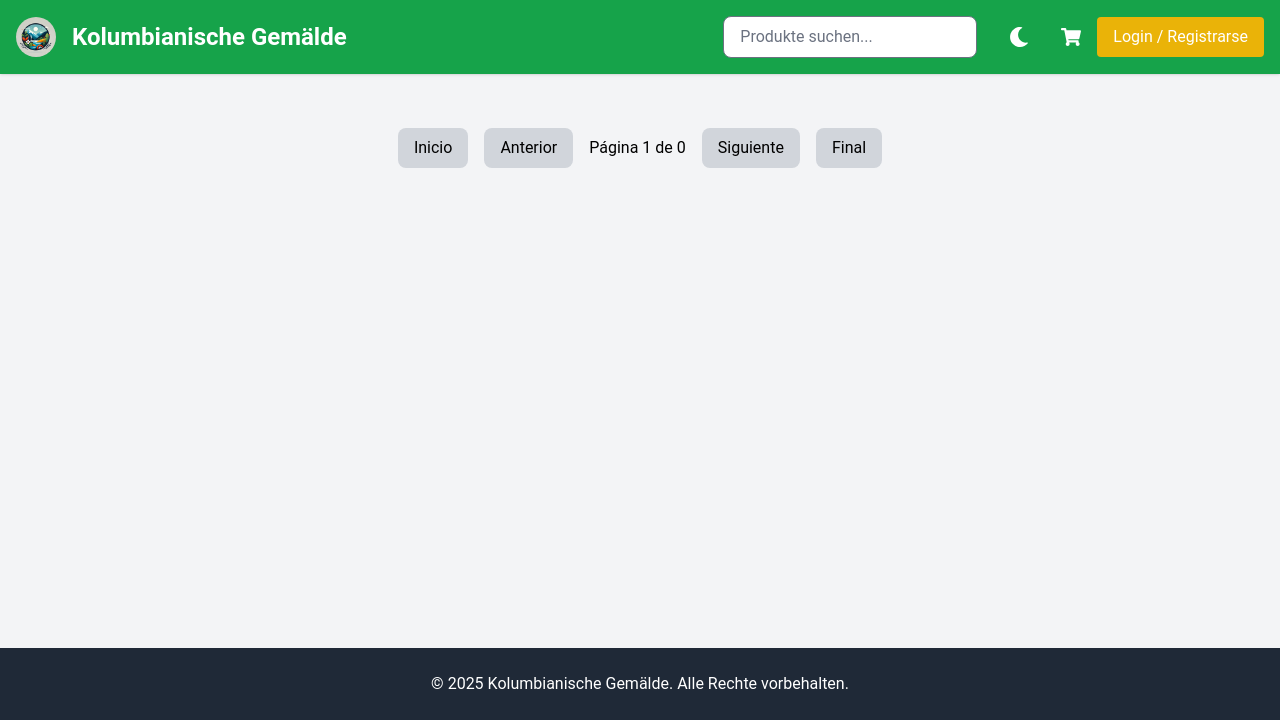
Repository: alixchaparrov/bilder-shop
Page: /
The author's editor kept a copy of each file at every save. The page is drawn from the files as they stood at one save, then again after the next save.
The browser window is 1280 px wide. The pictures show the whole page.
The page's requests for data from a server got no answer. The project was rebuilt for these pictures with package versions that can differ from the ones it lists, and the page was loaded fresh each time. The framework's server and built-in components were replaced by stand-ins that run in the browser. No one was signed in, and anything a server would have sent is missing. Also part of the build but not shown: next.config.ts, src/app/components/ProductCard.tsx, src/app/components/AuthModalContent.tsx.

Above is the page before, as saved 2025-01-04 13:32:46.

### src/app/layout.tsx
"use client";

import "./globals.css";
import { AuthProvider } from "../context/AuthContext";

export default function RootLayout({
  children,
}: {
  children: React.ReactNode;
}) {
  return (
    <html lang="de">
      <head>
        <title>Kolumbianische Gemälde</title>
        <meta
          name="description"
          content="Galerie von kolumbianischen Landschaftsgemälden. Entdecken Sie die Schönheit Kolumbiens durch unsere einzigartigen Kunstwerke."
        />
        <meta
          name="keywords"
          content="Kolumbianische Kunst, Landschaftsgemälde, Gemälde kaufen"
        />
        <link rel="icon" href="/favicon.ico" />
      </head>
      <body>
        <AuthProvider>
          {children}
        </AuthProvider>
      </body>
    </html>
  );
}

### src/app/page.tsx
"use client";

import { useState, useEffect } from "react";
import client from "@/lib/sanity";
import ProductCard from "@/app/components/ProductCard";
import Navbar from "@/app/components/Navbar"; // Si usas un Navbar unificado
import { useCartStore } from "@/store/cartStore";
import { FaMinus, FaPlus, FaTrash, FaShoppingCart, FaMoon, FaSun } from "react-icons/fa";

export default function Home() {
  const [searchQuery, setSearchQuery] = useState(""); // Estado para la búsqueda
  const [darkMode, setDarkMode] = useState(false); // Estado para modo oscuro
  const [products, setProducts] = useState([]); // Estado para los productos
  const { cart, addToCart, removeFromCart, clearCart, removeOneFromCart } = useCartStore();
  const [showCart, setShowCart] = useState(false); // Estado para mostrar el carrito
  const [currentPage, setCurrentPage] = useState(1); // Estado para la paginación
  const itemsPerPage = 6; // Número de productos por página

  // Fetch de productos al montar el componente
  useEffect(() => {
    const fetchProducts = async () => {
      try {
        const fetchedProducts = await client.fetch(`*[_type == "product"]`);
        setProducts(fetchedProducts);
      } catch (err) {
        console.error("Error al cargar productos:", err);
      }
    };

    fetchProducts(); // Llama a la función fetchProducts
  }, []); // Array vacío para que solo se ejecute al montar el componente

  // Lógica para filtrar los productos según la búsqueda
  const filteredProducts = products.filter((product) =>
    product.name.toLowerCase().includes(searchQuery.toLowerCase())
  );

  // Total de páginas
  const totalPages = Math.ceil(filteredProducts.length / itemsPerPage);

  // Productos mostrados en la página actual
  const displayedProducts = filteredProducts.slice(
    (currentPage - 1) * itemsPerPage,
    currentPage * itemsPerPage
  );

  return (
    <div
      className={`min-h-screen flex flex-col ${
        darkMode ? "bg-gray-900 text-white" : "bg-gray-100 text-black"
      }`}
    >
      {/* Navbar */}
      <Navbar
        searchQuery={searchQuery}
        setSearchQuery={setSearchQuery}
        toggleDarkMode={() => setDarkMode(!darkMode)}
        darkMode={darkMode}
      />

      {/* Contenido principal */}
      <main className="flex-grow pt-24 p-4 sm:p-8 max-w-7xl mx-auto">
        <h2 className="text-2xl sm:text-3xl lg:text-4xl font-semibold text-center mb-6">
          Unsere Gemälde
        </h2>
        <div className="grid grid-cols-1 sm:grid-cols-2 lg:grid-cols-3 gap-6">
          {displayedProducts.map((product) => (
            <ProductCard key={product._id} product={product} />
          ))}
        </div>

        {/* Paginación */}
        <div className="flex justify-center items-center mt-8 space-x-4">
          <button
            className="bg-gray-300 px-4 py-2 rounded-lg"
            disabled={currentPage === 1}
            onClick={() => setCurrentPage(1)}
          >
            Inicio
          </button>
          <button
            className="bg-gray-300 px-4 py-2 rounded-lg"
            disabled={currentPage === 1}
            onClick={() => setCurrentPage((prev) => Math.max(prev - 1, 1))}
          >
            Anterior
          </button>
          <span>
            Página {currentPage} de {totalPages}
          </span>
          <button
            className="bg-gray-300 px-4 py-2 rounded-lg"
            disabled={currentPage === totalPages}
            onClick={() =>
              setCurrentPage((prev) => Math.min(prev + 1, totalPages))
            }
          >
            Siguiente
          </button>
          <button
            className="bg-gray-300 px-4 py-2 rounded-lg"
            disabled={currentPage === totalPages}
            onClick={() => setCurrentPage(totalPages)}
          >
            Final
          </button>
        </div>
      </main>

      {/* Footer */}
      <footer className="bg-gray-800 text-white p-6 text-center">
        <p>© {new Date().getFullYear()} Kolumbianische Gemälde. Alle Rechte vorbehalten.</p>
      </footer>
    </div>
  );
}

### src/app/globals.css
@tailwind base;
@tailwind components;
@tailwind utilities;

/* Color Variables */
:root {
  --background: #f5f5f5;
  --foreground: #333333;
  --primary: #00704A;
  --secondary: #FFB400;
  --accent: #D62828;
}

.dark {
  --background: #121212;
  --foreground: #e0e0e0;
  --primary: #34D399;
  --secondary: #FACC15;
  --accent: #EF4444;
}

/* General Styles */
body {
  background-color: var(--background);
  color: var(--foreground);
  font-family: 'Roboto', sans-serif;
}

/* Navbar */
.navbar {
  @apply fixed top-0 left-0 right-0 z-50 flex justify-between items-center p-4;
  background-color: var(--primary);
  color: white;
}

.navbar input {
  @apply px-4 py-2 rounded-md border;
  border-color: var(--secondary);
  color: var(--foreground);
}

/* Cards */
.card {
  @apply bg-white dark:bg-gray-800 text-black dark:text-white shadow-lg rounded-lg p-6 transition-all;
}

.card:hover {
  @apply transform scale-105 shadow-xl;
}

.card-title {
  @apply text-xl font-bold;
}

.card-description {
  @apply text-sm text-gray-600 dark:text-gray-400;
}

.card-price {
  @apply text-lg font-bold text-primary;
}

/* Buttons */
.btn-primary {
  @apply bg-primary text-white px-4 py-2 rounded-md shadow;
  transition: background-color 0.3s;
}

.btn-primary:hover {
  @apply bg-green-700;
}

.btn-secondary {
  @apply bg-secondary text-black px-4 py-2 rounded-md shadow;
}

.btn-secondary:hover {
  @apply bg-yellow-600;
}

.btn-gray {
  @apply bg-gray-300 text-black px-4 py-2 rounded-md;
}

.btn-gray:disabled {
  @apply bg-gray-200 text-gray-400 cursor-not-allowed;
}

/* Cart Button */
.cart-button {
  @apply relative;
}

.cart-counter {
  @apply absolute -top-2 -right-2 bg-red-500 text-white text-xs font-bold rounded-full w-5 h-5 flex items-center justify-center;
}

/* Modal */
.modal-content {
  @apply bg-white dark:bg-gray-900 p-6 rounded-lg shadow-lg;
}

/* Footer */
footer {
  @apply bg-gray-800 text-white text-center py-4;
}

/* Utilities */
.line-clamp-3 {
  display: -webkit-box;
  -webkit-line-clamp: 3;
  -webkit-box-orient: vertical;
  overflow: hidden;
}

### src/context/AuthContext.tsx
import { createContext, useContext, useState, useEffect } from "react";
import client from "@/lib/sanity";
import bcrypt from "bcryptjs";

interface User {
  email: string;
  role: string;
}

interface AuthContextType {
  user: User | null;
  login: (email: string, password: string) => Promise<void>;
  register: (email: string, password: string) => Promise<void>;
  logout: () => void;
}

const AuthContext = createContext<AuthContextType | null>(null);

export const AuthProvider = ({ children }) => {
  const [user, setUser] = useState(null);

  const login = async (email: string, password: string) => {
    const query = `*[_type == "user" && email == $email][0]`;
    const result = await client.fetch(query, { email });

    if (!result || !(await bcrypt.compare(password, result.password))) {
      throw new Error("Password ist falsch");
    }

    setUser({ email: result.email, role: result.role });
  };

  const register = async (email: string, password: string) => {
    const hashedPassword = await bcrypt.hash(password, 10);
    await client.create({
      _type: "user",
      email,
      password: hashedPassword,
      role: "user",
    });
  };

  const logout = () => setUser(null);

  return (
    <AuthContext.Provider value={{ user, login, register, logout }}>
      {children}
    </AuthContext.Provider>
  );
};

export const useAuth = () => {
  const context = useContext(AuthContext);
  if (!context) {
    throw new Error("useAuth must be used within an AuthProvider");
  }
  return context;
};

### src/lib/sanity.ts
import { createClient } from "@sanity/client";
import imageUrlBuilder from "@sanity/image-url";

const client = createClient({
  projectId: "mo3mvugi", // Reemplaza con tu Project ID
  dataset: "production",
  apiVersion: "2023-01-01",
  useCdn: true,
});


// Initialize URL builder
const builder = imageUrlBuilder(client);

// Helper function to build image URLs
export const urlFor = (source: any) => builder.image(source);

export default client;

### src/app/components/Navbar.tsx
"use client";

import { useAuth } from "../../context/AuthContext"; // Contexto de autenticación
import { useCartStore } from "@/store/cartStore"; // Contexto del carrito
import { useState, useEffect } from "react";
import AuthModalContent from "@/app/components/AuthModalContent";
import { FaShoppingCart, FaMoon, FaSun } from "react-icons/fa";

const Navbar = ({ searchQuery, setSearchQuery, toggleDarkMode, darkMode }) => {
  const { user, logout } = useAuth(); // Usuario autenticado
  const { cart } = useCartStore(); // Estado del carrito
  const [isModalOpen, setIsModalOpen] = useState(false); // Modal de autenticación
  const [isCartOpen, setIsCartOpen] = useState(false); // Modal del carrito
  const [isClient, setIsClient] = useState(false); // Renderizado en cliente

  // Renderizado en cliente
  useEffect(() => {
    setIsClient(true);
  }, []);

  if (!isClient) return null; // Evitar renderizado en el servidor

  return (
    <>
      <nav className="p-4 fixed top-0 w-full shadow bg-green-600 text-white z-10">
        <div className="max-w-7xl mx-auto flex justify-between items-center">
          {/* Logo y título */}
          <div className="flex items-center space-x-4">
            <img
              src="/images/logo.png"
              alt="Kolumbianische Gemälde Logo"
              className="h-10 w-10 rounded-full"
            />
            <h1 className="text-2xl font-bold">Kolumbianische Gemälde</h1>
          </div>

          {/* Opciones de búsqueda, modo oscuro y carrito */}
          <div className="flex items-center space-x-4">
            {/* Búsqueda */}
            <input
              type="text"
              placeholder="Produkte suchen..."
              className="px-4 py-2 rounded-lg text-black"
              value={searchQuery}
              onChange={(e) => setSearchQuery(e.target.value)}
            />

            {/* Modo oscuro */}
            <button
              className="px-4 py-2 rounded-lg"
              onClick={toggleDarkMode}
            >
              {darkMode ? <FaSun size={20} /> : <FaMoon size={20} />}
            </button>

            {/* Carrito */}
            <button
              className="cart-button flex items-center space-x-2 text-white"
              onClick={() => setIsCartOpen(true)}
            >
              <FaShoppingCart size={20} />
              {cart.length > 0 && (
                <span className="cart-counter">
                  {cart.reduce((total, item) => total + item.quantity, 0)}
                </span>
              )}
            </button>

            {/* Autenticación */}
            {user ? (
              <>
                <span>
                  Bienvenido, <strong>{user.email}</strong>
                </span>
                <button
                  onClick={logout}
                  className="bg-red-500 hover:bg-red-600 text-white px-4 py-2 rounded"
                >
                  Cerrar sesión
                </button>
              </>
            ) : (
              <button
                onClick={() => setIsModalOpen(true)}
                className="bg-yellow-500 hover:bg-yellow-600 text-white px-4 py-2 rounded"
              >
                Login / Registrarse
              </button>
            )}
          </div>
        </div>
      </nav>

      {/* Modal de autenticación */}
      {isModalOpen && (
        <div className="fixed inset-0 flex items-center justify-center bg-black bg-opacity-50 z-50">
          <div className="bg-white p-6 rounded-lg shadow-lg w-full max-w-md relative">
            <button
              onClick={() => setIsModalOpen(false)}
              className="absolute top-2 right-2 text-gray-600 hover:text-gray-900"
            >
              ✖
            </button>
            <AuthModalContent onClose={() => setIsModalOpen(false)} />
          </div>
        </div>
      )}

      {/* Modal del carrito */}
      {isCartOpen && (
        <div className="modal-overlay" onClick={() => setIsCartOpen(false)}>
          <div
            className="modal-content"
            onClick={(e) => e.stopPropagation()}
          >
            <h2 className="modal-header">Warenkorb</h2>
            {cart.length > 0 ? (
              <ul>
                {cart.map((item) => (
                  <li key={item._id} className="flex justify-between items-center">
                    <span>
                      {item.name} (x{item.quantity}) - {item.price * item.quantity} €
                    </span>
                  </li>
                ))}
              </ul>
            ) : (
              <p>Ihr Warenkorb ist leer</p>
            )}
            <button
              className="modal-close"
              onClick={() => setIsCartOpen(false)}
            >
              Schließen
            </button>
          </div>
        </div>
      )}
    </>
  );
};

export default Navbar;

### src/store/cartStore.ts
import { create } from "zustand";

interface CartItem {
  _id: string;
  name: string;
  price: number;
  quantity: number;
}

interface CartState {
  cart: CartItem[];
  addToCart: (product: CartItem) => void;
  removeFromCart: (productId: string) => void;
  updateQuantity: (productId: string, quantity: number) => void;
  clearCart: () => void;
  getTotalItems: () => number;
  getTotalPrice: () => number;
}

export const useCartStore = create<CartState>((set, get) => ({
  cart: [],

  addToCart: (product) => {
    set((state) => {
      const existingItem = state.cart.find((item) => item._id === product._id);
      if (existingItem) {
        return {
          cart: state.cart.map((item) =>
            item._id === product._id
              ? { ...item, quantity: item.quantity + 1 }
              : item
          ),
        };
      }
      return { cart: [...state.cart, { ...product, quantity: 1 }] };
    });
  },

  removeFromCart: (productId) => {
    set((state) => ({
      cart: state.cart.filter((item) => item._id !== productId),
    }));
  },

  updateQuantity: (productId, quantity) => {
    set((state) => ({
      cart: state.cart.map((item) =>
        item._id === productId ? { ...item, quantity } : item
      ),
    }));
  },

  clearCart: () => {
    set({ cart: [] });
  },

  getTotalItems: () => {
    return get().cart.reduce((total, item) => total + item.quantity, 0);
  },

  getTotalPrice: () => {
    return get().cart.reduce((total, item) => total + item.price * item.quantity, 0);
  },
}));

### tailwind.config.ts
import type { Config } from "tailwindcss";

const config: Config = {
  content: [
    "./src/**/*.{js,ts,jsx,tsx}",
    "./src/pages/**/*.{js,ts,jsx,tsx}",
    "./src/components/**/*.{js,ts,jsx,tsx}",
    "./src/app/**/*.{js,ts,jsx,tsx}",
  ],
  theme: {
    extend: {
      colors: {
        primary: "#00704A",
        secondary: "#FFB400",
        accent: "#D62828",
        background: "#F3F4F6",
        card: "#FFFFFF",
        textDark: "#1B1B1B",
        textLight: "#FAFAFA",
      },
      fontFamily: {
        sans: ["Poppins", "sans-serif"],
        serif: ["Merriweather", "serif"],
      },
      boxShadow: {
        card: "0 4px 6px rgba(0, 0, 0, 0.1)",
      },
    },
  },
  darkMode: "class",
  plugins: [require("@tailwindcss/forms")],
};

export default config;

After the next save:
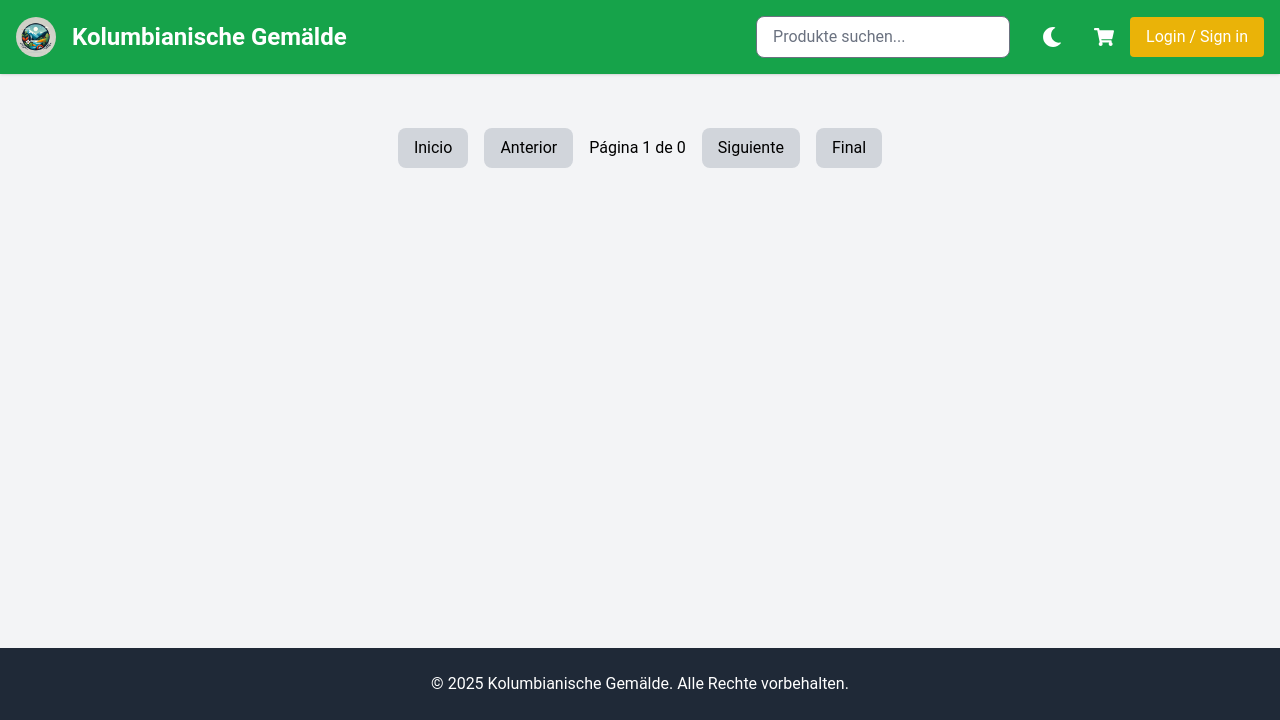
Saved 8 s later.
--- a/src/app/components/Navbar.tsx
+++ b/src/app/components/Navbar.tsx
@@ -84,7 +84,7 @@ const Navbar = ({ searchQuery, setSearchQuery, toggleDarkMode, darkMode }) => {
                 onClick={() => setIsModalOpen(true)}
                 className="bg-yellow-500 hover:bg-yellow-600 text-white px-4 py-2 rounded"
               >
-                Login / Registrarse
+                Login / Sign in
               </button>
             )}
           </div>
